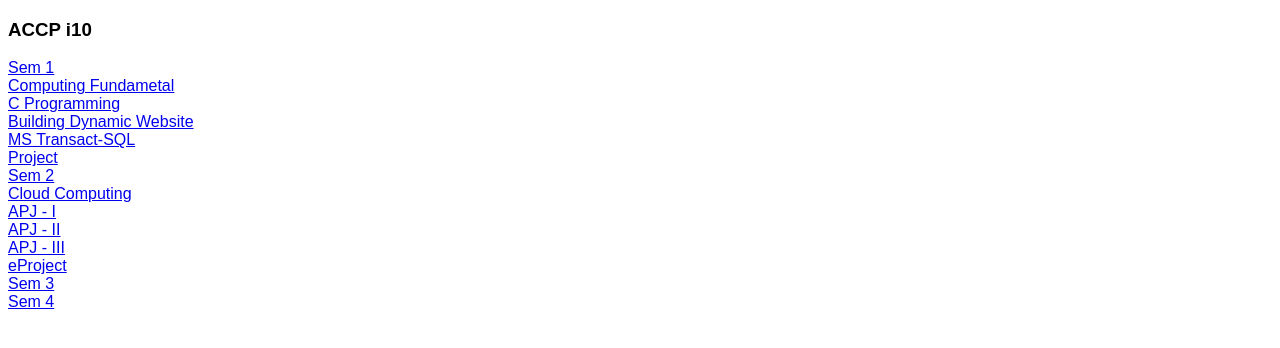
Repository: congle98/CSS_MenuDocCoBan
Page: index.html
An editor plug-in stored every save of this project. The page is shown before and after the next save, followed by the edit.
The browser window is 1280 px wide. The pictures show the whole page.

Above is the page before, as saved 2021-05-26 14:40:47.

### index.html
<!DOCTYPE html>
<html lang="en">
<head>
    <meta charset="UTF-8">
    <title>Title</title>
    <link rel="stylesheet" href="style.css">
</head>
<body>
<h3>ACCP i10</h3>
<div id="menu">
    <ul>
        <li><a href="#">Sem 1</a>
            <ul>
                <li><a href="#">Computing Fundametal</a></li>
                <li><a href="#">C Programming</a></li>
                <li><a href="#">Building Dynamic Website</a></li>
                <li><a href="#">MS Transact-SQL</a></li>
                <li><a href="#">Project</a></li>
            </ul>
        </li>
        <li><a href="#">Sem 2 </a>
            <ul>
                <li><a href="#">Cloud Computing</a></li>
                <li><a href="#">APJ - I</a></li>
                <li><a href="#">APJ - II</a></li>
                <li><a href="#">APJ - III</a></li>
                <li><a href="#">eProject</a></li>
            </ul>
        </li>
        <li><a href="#">Sem 3</a></li>
        <li><a href="#">Sem 4</a></li>
    </ul>
</div>
</body>
</html>

### style.css
body{
    font-family: Arial;
}
#menu, #menu ul, #menu li{
    padding:0;
    margin:0;
}

After the next save:
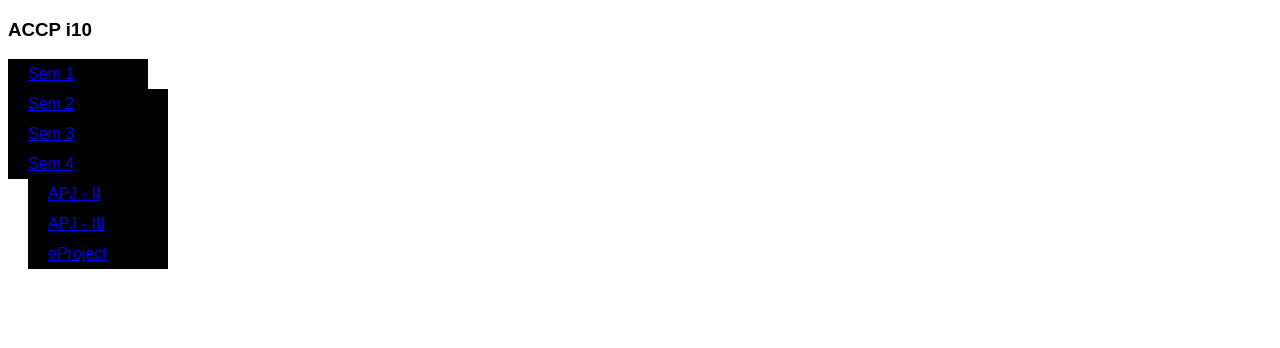
Saved 92 s later.
--- a/style.css
+++ b/style.css
@@ -5,3 +5,13 @@ body{
     padding:0;
     margin:0;
 }
+#menu li{
+    list-style: none;
+    position: relative;
+    width:100px;
+    height: 30px;
+    padding:0 20px;
+    background-color: black;
+    line-height: 30px;
+    cursor:pointer;
+}
